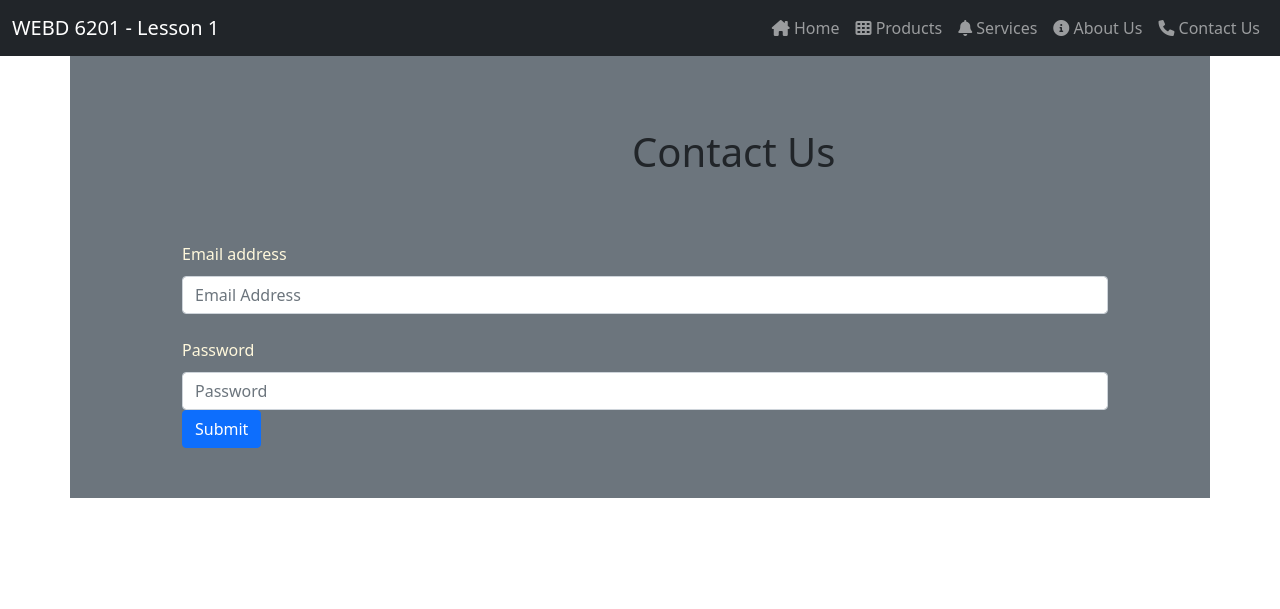
Repository: devanshudave1901/DevanshuDave_AngaranYogeswaranLab2
Page: contact.html
The author's editor kept a copy of each file at every save. The page is drawn from the files as they stood at one save, then again after the next save.
The browser window is 1280 px wide. The pictures show the whole page.

Above is the page before, as saved 2022-02-10 12:25:12.

### contact.html
<!DOCTYPE html>
<html lang="en">
  <head>
    <meta charset="UTF-8" />
    <meta http-equiv="X-UA-Compatible" content="IE=edge" />
    <meta name="viewport" content="width=device-width, initial-scale=1.0" />
    <title>Contact Us</title>
    <link
      rel="stylesheet"
      href="./node_modules/bootstrap/dist/css/bootstrap.min.css"
    />
    <link
      rel="stylesheet"
      href="./node_modules/@fortawesome/fontawesome-free/css/all.min.css"
    />
    <link rel="stylesheet" href="./Content/app.css" />
  </head>
  <body>
    <nav class="navbar navbar-expand-lg navbar-dark bg-dark">
      <div class="container-fluid">
        <a class="navbar-brand" href="#">WEBD 6201 - Lesson 1</a>
        <button
          class="navbar-toggler"
          type="button"
          data-bs-toggle="collapse"
          data-bs-target="#navbarSupportedContent"
          aria-controls="navbarSupportedContent"
          aria-expanded="false"
          aria-label="Toggle navigation"
        >
          <span class="navbar-toggler-icon"></span>
        </button>
        <div class="collapse navbar-collapse" id="navbarSupportedContent">
          <ul class="navbar-nav ms-auto">
            <li class="nav-item active">
              <a class="nav-link" aria-current="page" href="./index.html"
                ><i class="fa-solid fa-house-chimney"></i> Home</a
              >
            </li>

            <li class="nav-item">
              <a class="nav-link" href="./products.html"
                ><i class="fa-solid fa-th"></i> Products</a
              >
            </li>
            <li class="nav-item">
              <a class="nav-link" href="./services.html"
                ><i class="fa-solid fa-bell"></i> Services</a
              >
            </li>
            <li class="nav-item">
              <a class="nav-link" href="./about.html">
                <i class="fa-solid fa-circle-info"></i> About Us</a
              >
            </li>
            <li class="nav-item">
              <a class="nav-link" href="./contact.html">
                <i class="fa-solid fa-phone"></i> Contact Us</a
              >
            </li>
          </ul>
        </div>
      </div>
    </nav>
    <div class="jumbotron bg-secondary container" id="contentArea">
      <br />
      <br />
      <br />
      <h1 id="contactId">Contact Us</h1>
      <br />
      <br />

      <form id="Contactform">
        <div class="form-group">
          <label for="exampleInputEmail1"> Email address</label>
          <input
            type="email"
            class="form-control"
            id="exampleInputEmail1"
            placeholder="Email Address"
          />
        </div>
        <br />
        <div class="form-group">
          <label for="exampleInputPassword1">Password</label>
          <input
            type="password"
            class="form-control"
            id="exampleInputPassword1"
            placeholder="Password"
            rows="3"
          />
        </div>

        <button type="submit" class="btn btn-primary">Submit</button>
      </form>
    </div>
    <!-- 3RD Party Library-->
    <script src="./node_modules/jquery/dist/jquery.min.js"></script>
    <script src="./node_modules/bootstrap/dist/js/bootstrap.min.js"></script>
  </body>
</html>

### Content/app.css
#Contactform {
  padding: 10px 90px 50px 100px;
}
#Contactform label {
  color: cornsilk;
  padding-bottom: 10px;
}

.formInputBox {
  padding-left: 60px;
  margin: 8px 0;
  border: dashed;
  box-sizing: border-box;
}

#contactId {
  padding-left: 550px;
}

Loaded but not shown: node_modules/bootstrap/dist/css/bootstrap.min.css (library); node_modules/@fortawesome/fontawesome-free/css/all.min.css (library); node_modules/jquery/dist/jquery.min.js (library); node_modules/bootstrap/dist/js/bootstrap.min.js (library)

After the next save:
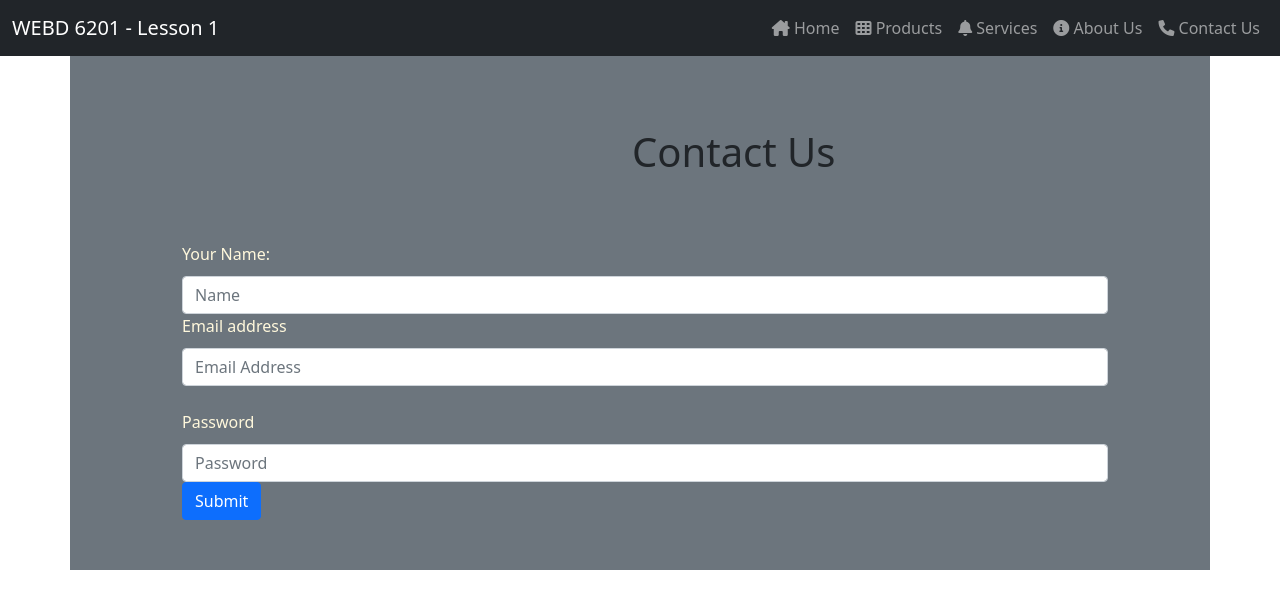
Saved 47 s later.
--- a/contact.html
+++ b/contact.html
@@ -72,6 +72,15 @@
 
       <form id="Contactform">
         <div class="form-group">
+          <label for="InputName">Your Name: </label>
+          <input
+            type="text"
+            class="form-control"
+            id="InputName"
+            placeholder="Name"
+          />
+        </div>
+        <div class="form-group">
           <label for="exampleInputEmail1"> Email address</label>
           <input
             type="email"
